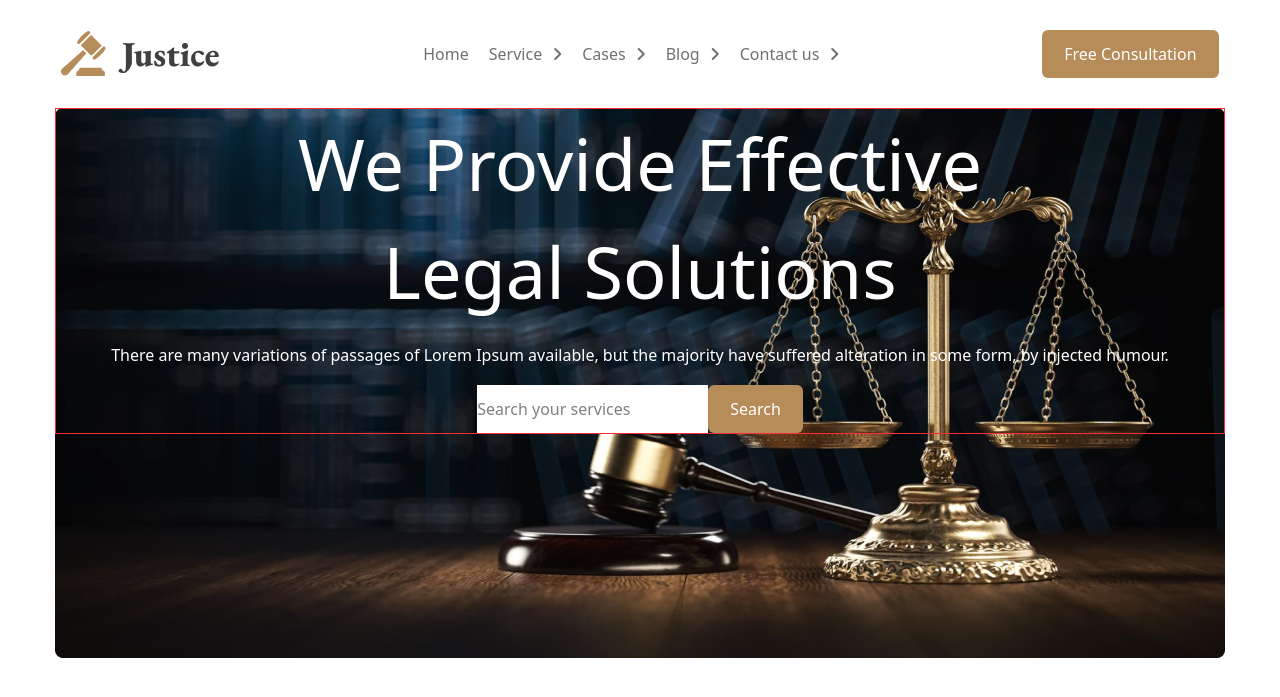
Repository: nahid-hasann/website-6
Page: index.html
These files come from the project's save history. The page is drawn as it stood at one moment and after a run of saves; the edit follows.
The browser window is 1280 px wide. The pictures show the whole page.

Above is the page before, as saved 2025-07-20 22:45:14.

### index.html
<!DOCTYPE html>
<html lang="en">
<head>
    <meta charset="UTF-8">
    <meta name="viewport" content="width=device-width, initial-scale=1.0">
    <script src="https://cdn.jsdelivr.net/npm/@tailwindcss/browser@4"></script>
    <title>Document</title>
    <link rel="stylesheet" href="https://cdnjs.cloudflare.com/ajax/libs/font-awesome/6.7.2/css/all.min.css" integrity="sha512-Evv84Mr4kqVGRNSgIGL/F/aIDqQb7xQ2vcrdIwxfjThSH8CSR7PBEakCr51Ck+w+/U6swU2Im1vVX0SVk9ABhg==" crossorigin="anonymous" referrerpolicy="no-referrer" />
</head>
<body>

<header>

<div class="flex gap-[80px] mx-auto  justify-around items-center my-[30px]">
    <div>
        <img src="images/logo2.png" alt="">
    </div>
    <div>
        <ul class="flex gap-[20px] text-[#707070]">
            <li><a href="">Home</a></li>
            <li><a href="">Service<i class="fa-solid fa-angle-right ml-[10px]"></i></a></li>
            <li><a href="">Cases<i class="fa-solid fa-angle-right ml-[10px]"></i></a></li>
            <li><a href="">Blog<i class="fa-solid fa-angle-right ml-[10px]"></i></a></li>
            <li><a href="">Contact us<i class="fa-solid fa-angle-right ml-[10px]"></i></a></li>
        </ul>
    </div>
    <div>
        <button class="bg-[#b68c59] py-[12px] px-[22px] text-white rounded-md" >Free Consultation</button>
    </div>
</div>


<div class="banner-img bg-[url('images/banner.png')] w-[1170px] h-[550px] mx-auto">
      <div class="my-auto border border-red-500">
         <h1 class="text-[72px] text-center text-white">We Provide Effective <br> Legal Solutions</h1>
       <p class="my-[18px] text-center text-white">There are many variations of passages of Lorem Ipsum available, but the majority have suffered alteration in some form, by injected humour.</p>
       <div class="flex justify-center">
        <input class="bg-white" type="text" name="" placeholder="Search your services" id="">
        <button class="bg-[#b68c59] py-[12px] px-[22px] text-white rounded-md" >Search</button>
       </div>
      </div>
</div>


</header>





</body>
</html>

After the next 3 saves:
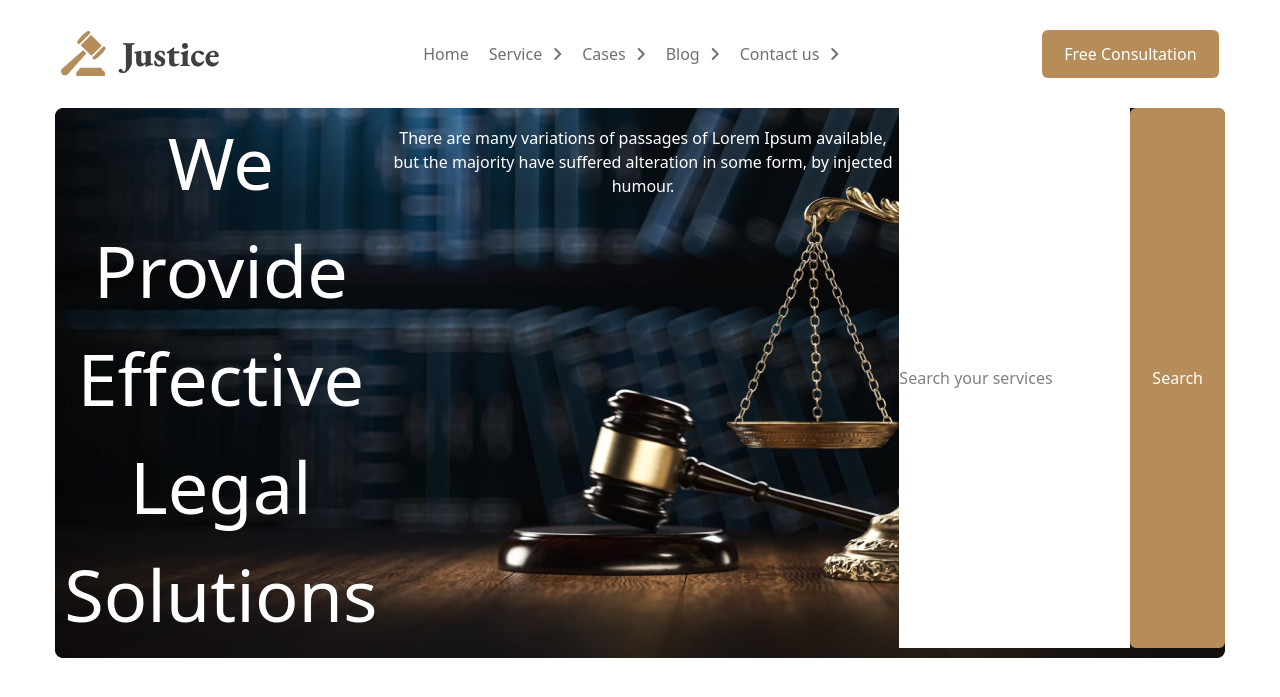
The 3 saves are shown as one change because they came seconds apart.
The last was saved 30 s later.
--- a/index.html
+++ b/index.html
@@ -31,7 +31,7 @@
 
 
 <div class="banner-img bg-[url('images/banner.png')] w-[1170px] h-[550px] mx-auto">
-      <div class="my-auto border border-red-500">
+      <div class="flex ">
          <h1 class="text-[72px] text-center text-white">We Provide Effective <br> Legal Solutions</h1>
        <p class="my-[18px] text-center text-white">There are many variations of passages of Lorem Ipsum available, but the majority have suffered alteration in some form, by injected humour.</p>
        <div class="flex justify-center">
